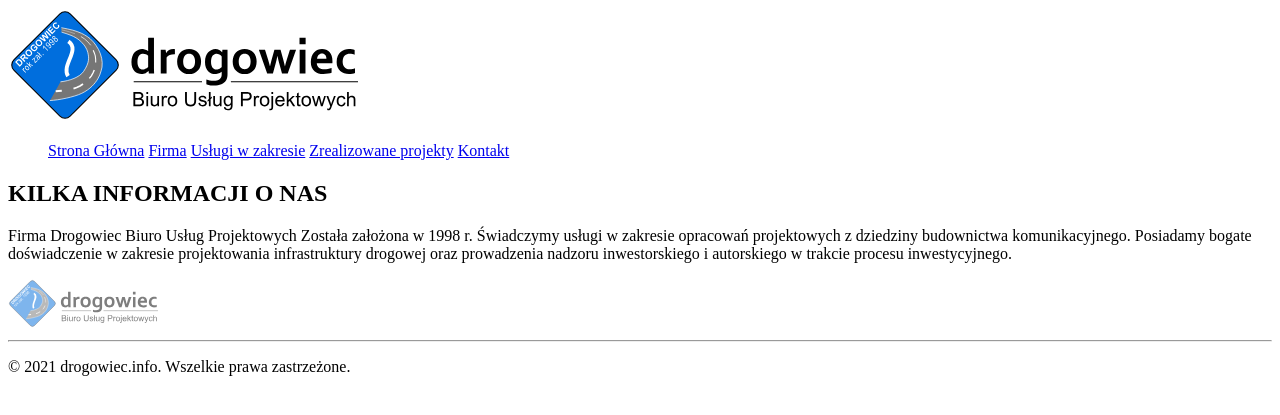
Repository: AdamBodzak/WTF_v2
Page: index.html
An editor plug-in stored every save of this project. The page is shown before and after the next save, followed by the edit.
The browser window is 1280 px wide. The pictures show the whole page.

Above is the page before, as saved 2021-01-06 14:21:09.

After the next save:
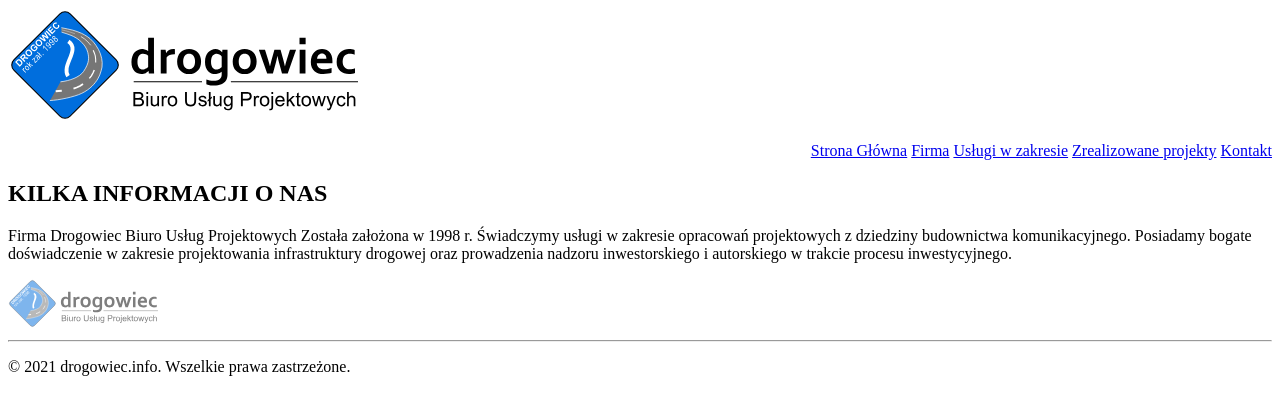
Saved 41 s later.
--- a/style.css
+++ b/style.css
@@ -2,7 +2,7 @@
     width: 350px;
 }
 
-#navigationBar{
+#nawigationBar{
     text-align: right;
 }
 .menuItem{
